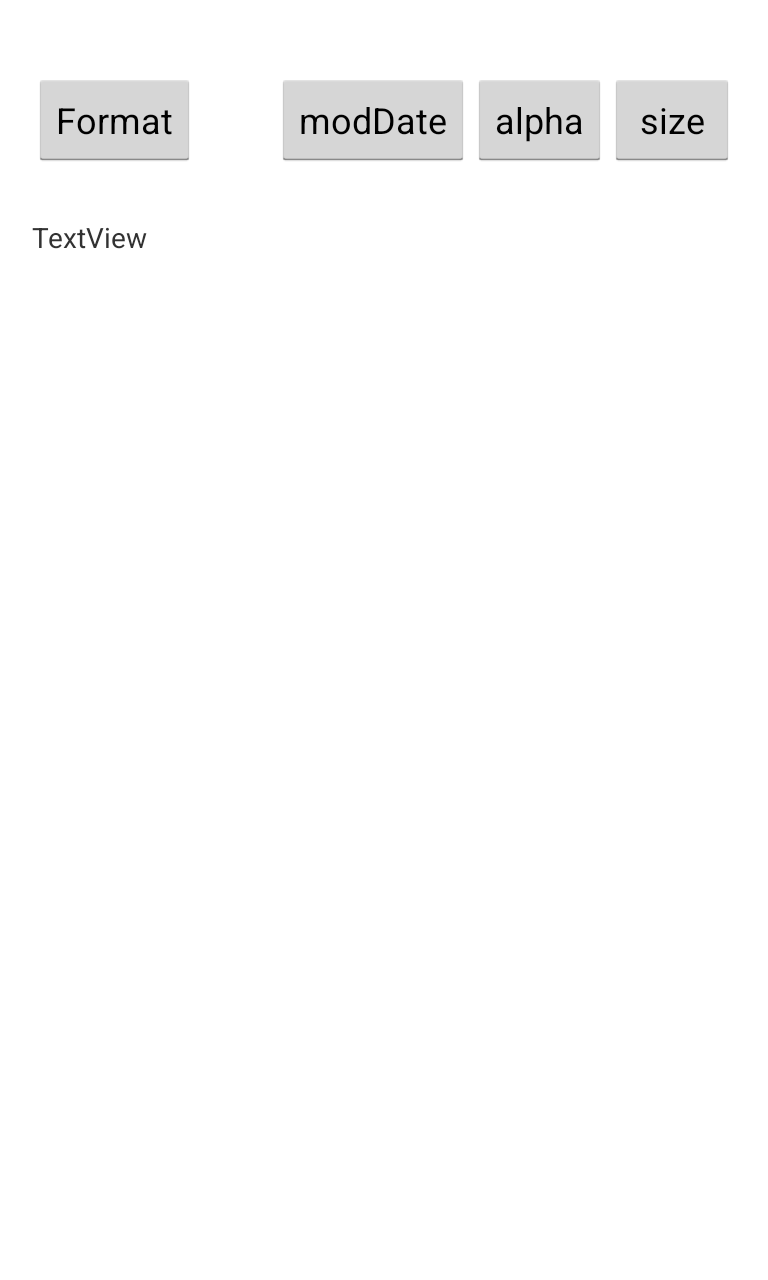
Repository: memexx-com/MyExplorer
Layout: MyExplorer/res/layout/activity_main.xml
The author's editor kept a copy of each file at every save. The layout is drawn from the files as they stood at one save, then again after the next save.
It is drawn on a 768 x 1280 px phone screen (xhdpi) without system bars, with theme AppTheme; the app's code is not run. Lists and similar views that code fills are empty.

Above is the layout before, as saved 2013-06-10 15:04:26.

After the next save:
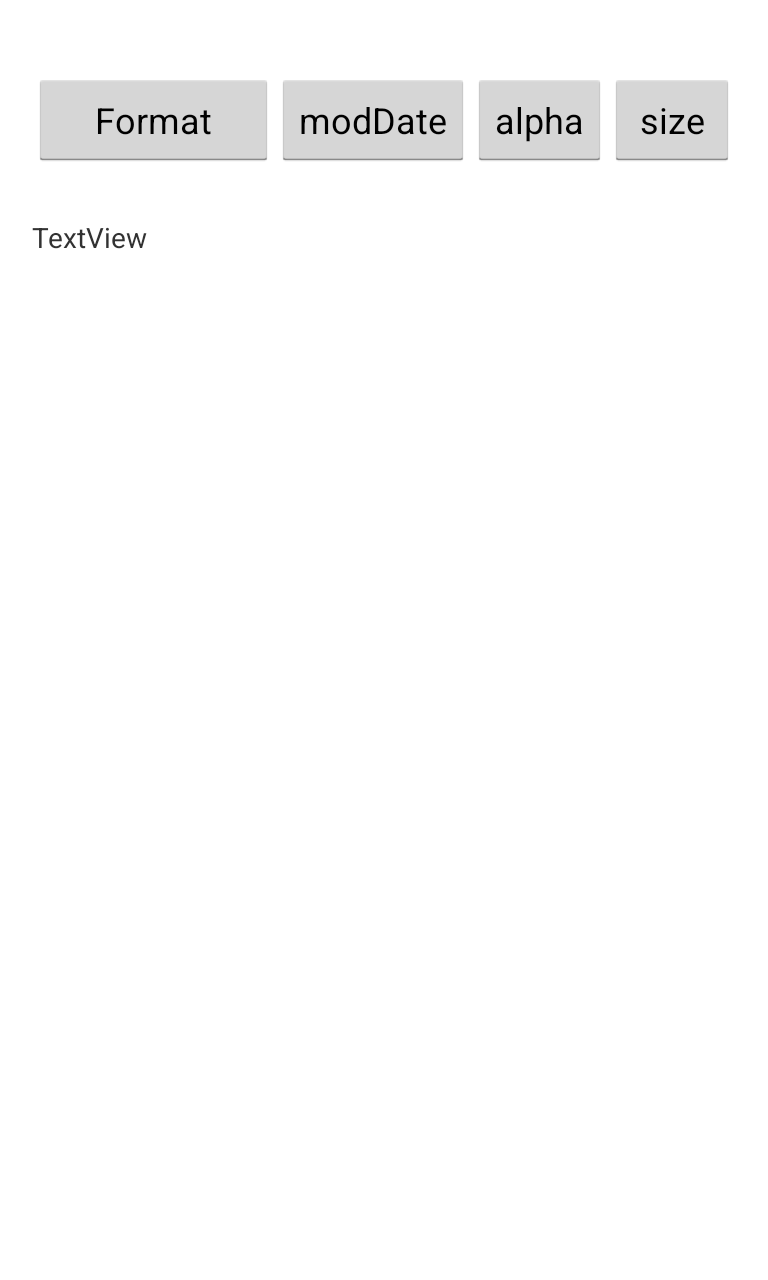
Saved 28 s later.
--- a/MyExplorer/res/layout/activity_main.xml
+++ b/MyExplorer/res/layout/activity_main.xml
@@ -37,15 +37,6 @@
         android:text="size" />
 
     <Button
-        android:id="@+id/button2"
-        android:layout_width="wrap_content"
-        android:layout_height="wrap_content"
-        android:layout_alignBaseline="@+id/button1"
-        android:layout_alignBottom="@+id/button1"
-        android:layout_toLeftOf="@+id/button3"
-        android:text="modDate" />
-
-    <Button
         android:id="@+id/button3"
         android:layout_width="wrap_content"
         android:layout_height="wrap_content"
@@ -61,6 +52,15 @@
         android:layout_alignLeft="@android:id/list"
         android:layout_alignParentTop="true"
         android:layout_marginTop="20dp"
+        android:layout_toLeftOf="@+id/button2"
         android:text="Format" />
 
+    <Button
+        android:id="@+id/button2"
+        android:layout_width="wrap_content"
+        android:layout_height="wrap_content"
+        android:layout_alignBottom="@+id/button1"
+        android:layout_toLeftOf="@+id/button3"
+        android:text="modDate" />
+
 </RelativeLayout>
